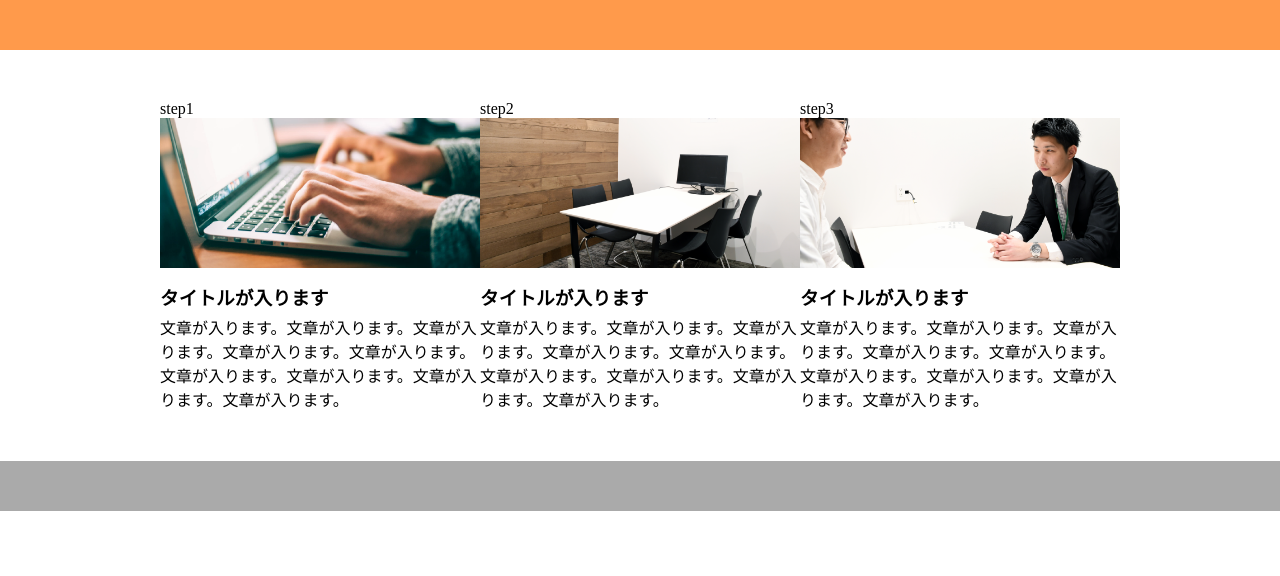
Repository: Tyubyasa/abc
Page: chapter9-2/chapter9-2.html
The author's editor kept a record of every edit. The page is drawn from the files as they stood at one moment, then again after the next edit.
The browser window is 1280 px wide. The pictures show the whole page.

Above is the page before.

After the next edit:
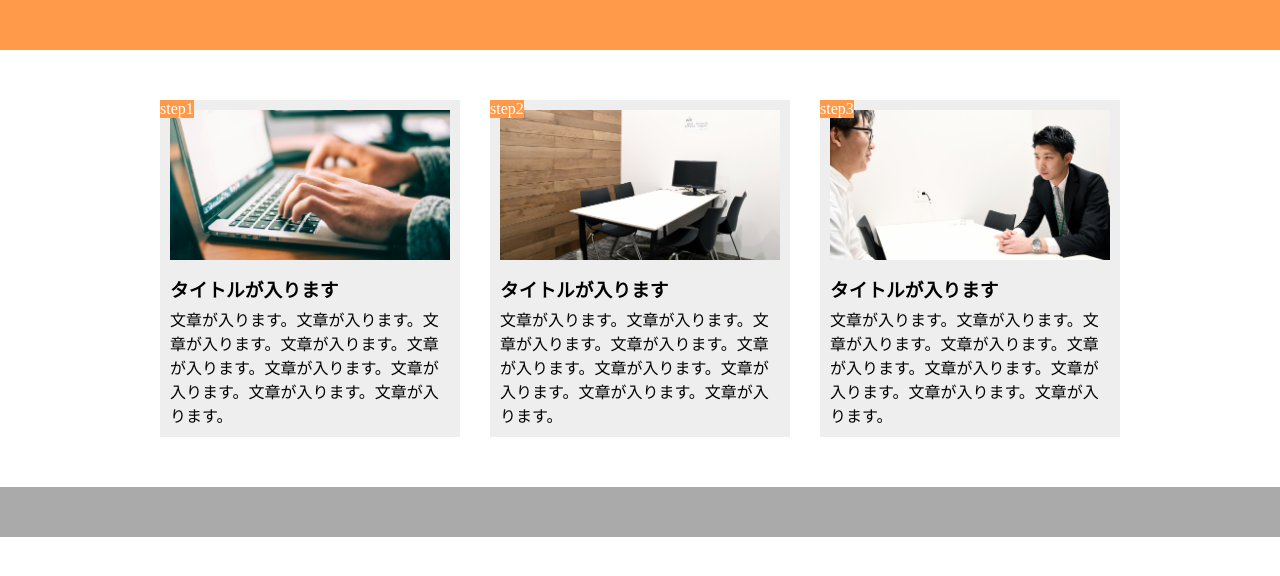
The edit:
--- a/chapter9-2/chapter9-2.html
+++ b/chapter9-2/chapter9-2.html
@@ -8,42 +8,39 @@
     <title>chapter9-2</title>
  </head>
 
- <body>
-        <!-- header -->
-    <header>
+<body>
+    <header></header>
+    <main>
+      <div class="step-box">
+        <div class="step-img1"></div>
+        <span class="step-num">step1</span>
+        <h3 class="title">タイトルが入ります</h3>
+        <p class="text">
+          文章が入ります。文章が入ります。文章が入ります。文章が入ります。文章が入ります。文章が入ります。文章が入ります。文章が入ります。文章が入ります。
+        </p>
+      </div>
 
-    </header>
-    <!-- main用のdiv -->
-    <main>
-      <div class="container">
-        <div class="step">step1</div>
-        <div class="content">
+      <div class="step-box">
+        <div class="step-img2"></div>
+        <span class="step-num">step2</span>
+        <h3 class="title">タイトルが入ります</h3>
+        <p class="text">
+          文章が入ります。文章が入ります。文章が入ります。文章が入ります。文章が入ります。文章が入ります。文章が入ります。文章が入ります。文章が入ります。
+        </p>
+      </div>
 
-          <div class="step-img1"></div>
-          <h3 class="title">タイトルが入ります</h3>
-          <p>文章が入ります。文章が入ります。文章が入ります。文章が入ります。文章が入ります。文章が入ります。文章が入ります。文章が入ります。文章が入ります。</p>
-        </div>
+      <div class="step-box">
+        <div class="step-img3"></div>
+        <span class="step-num">step3</span>
+        <h3 class="title">タイトルが入ります</h3>
+        <p class="text">
+          文章が入ります。文章が入ります。文章が入ります。文章が入ります。文章が入ります。文章が入ります。文章が入ります。文章が入ります。文章が入ります。
+        </p>
       </div>
-      <div class="container">
-        <div class="step">step2</div>
-        <div class="content">
+    </main>
+    <footer></footer>
 
-          <div class="step-img2"></div>
-          <h3 class="title">タイトルが入ります</h3>
-          <p>文章が入ります。文章が入ります。文章が入ります。文章が入ります。文章が入ります。文章が入ります。文章が入ります。文章が入ります。文章が入ります。</p>
-        </div>
-      </div>
-      <div class="container">
-        <div class="step">step3</div>
-        <div class="content">
 
-          <div class="step-img3"></div>
-          <h3 class="title">タイトルが入ります</h3>
-          <p>文章が入ります。文章が入ります。文章が入ります。文章が入ります。文章が入ります。文章が入ります。文章が入ります。文章が入ります。文章が入ります。</p>
-        </div>
-      </div>
 </body>
-</section>
-</main>
-<footer></footer>
+
 </html>
